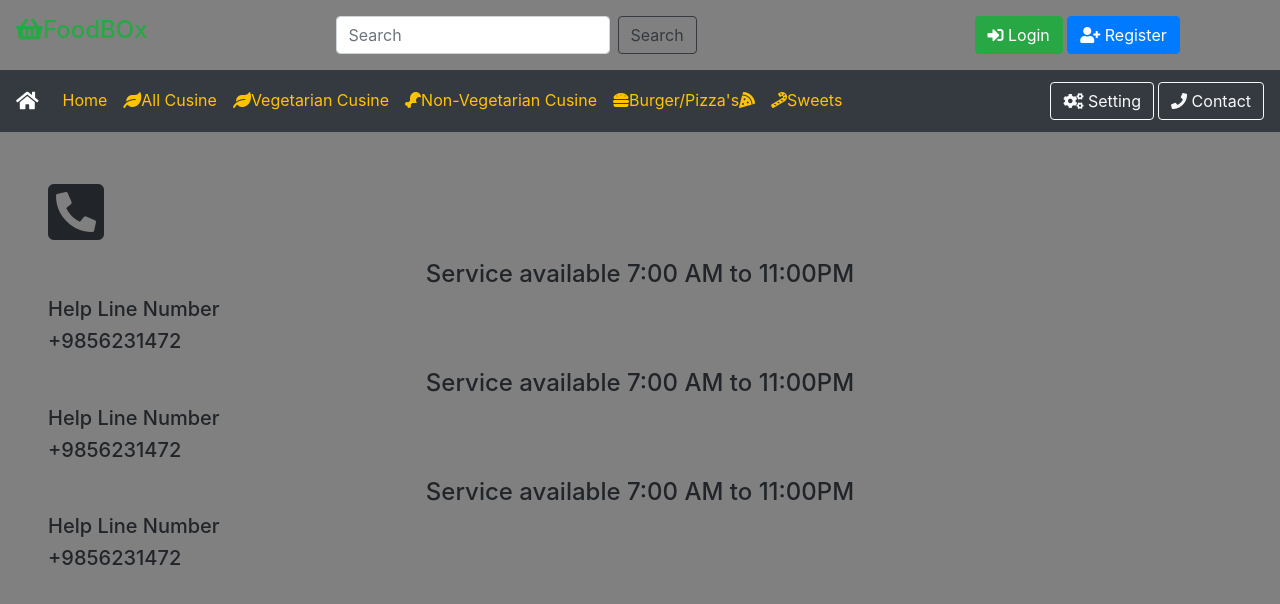
Repository: debjaniprofessional32/Capstone-Final-FoodBox-Delivery-Project
Page: http://localhost/OnlinFoodBOX/helpcenter.jsp
The author's editor kept a copy of each file at every save. The page is drawn from the files as they stood at one save, then again after the next save.
The browser window is 1280 px wide. The pictures show the whole page.
Some web libraries are served in a nearby version. The page is served by Tomcat 9.

Above is the page before, as saved 2022-12-23 12:59:36.

After the next save:
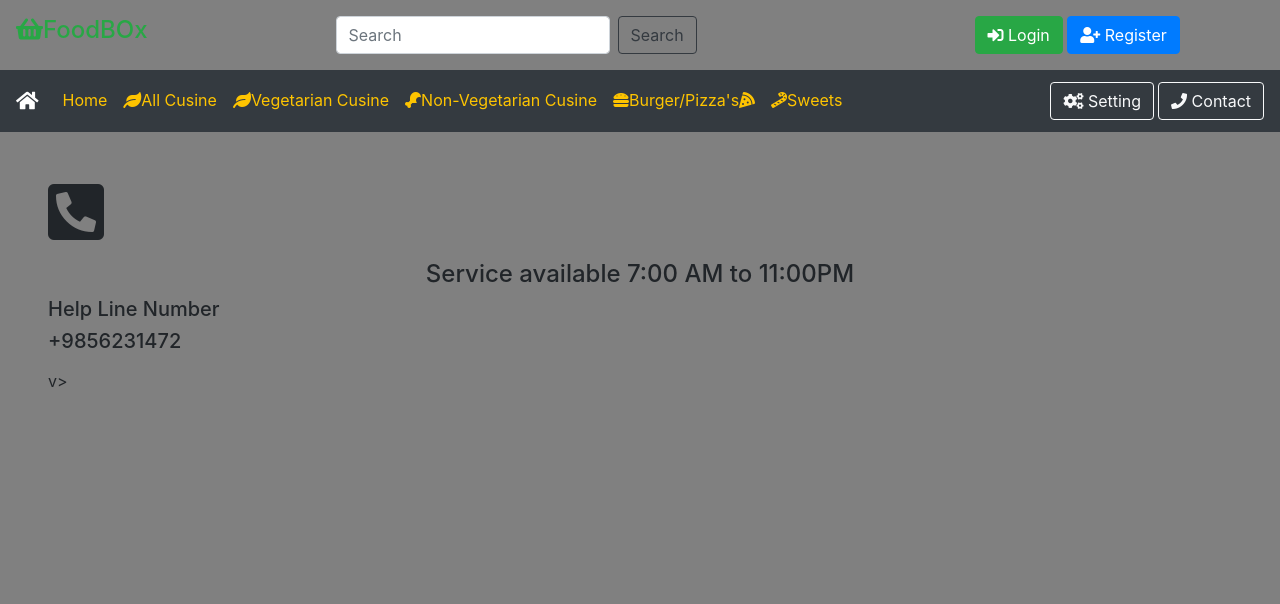
Saved 19 s later.
--- a/OnlinFoodBOX/src/main/webapp/helpcenter.jsp
+++ b/OnlinFoodBOX/src/main/webapp/helpcenter.jsp
@@ -16,16 +16,6 @@
 <h5>Help Line Number</h5>
 <h5>+9856231472</h5>
 </p>
-<p>
-<h4 class="text-center" >Service available 7:00 AM to 11:00PM</h4>
-<h5>Help Line Number</h5>
-<h5>+9856231472</h5>
-</p>
-<p>
-<h4 class="text-center" >Service available 7:00 AM to 11:00PM</h4>
-<h5>Help Line Number</h5>
-<h5>+9856231472</h5>
-</p>
-</div>
+v>
 </body>
 </html>
